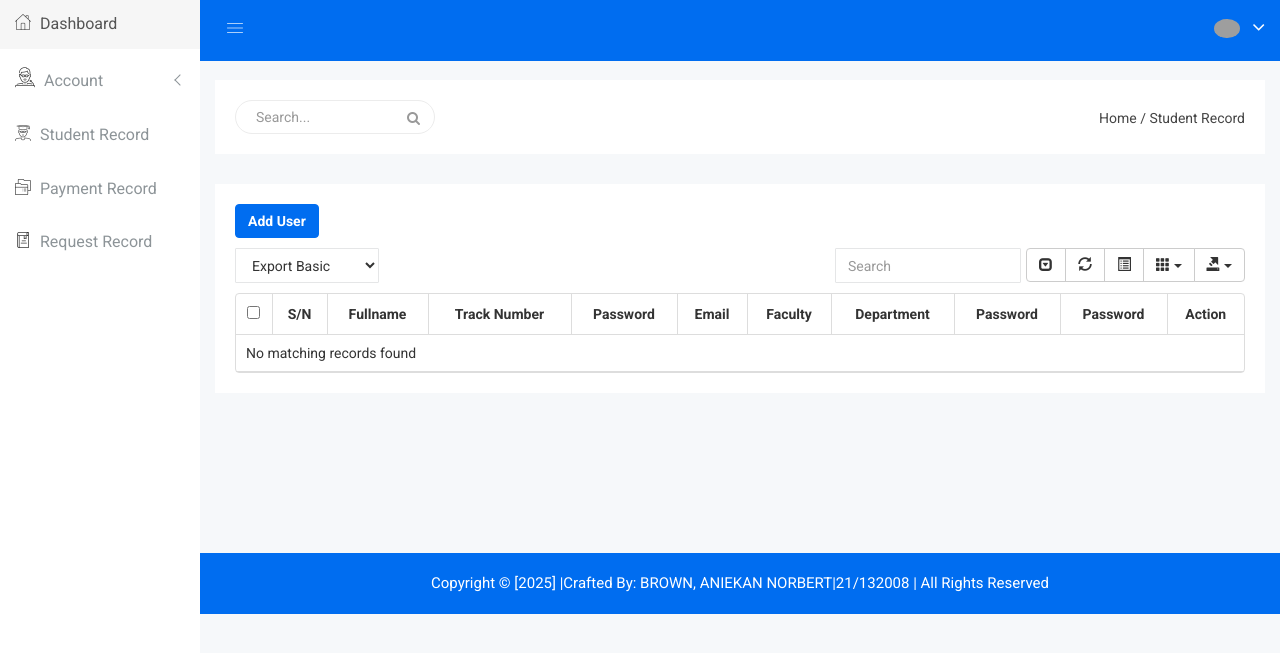
Repository: walterjnr1/crowdfunding-system
Page: http://localhost/crowdfunding/Admin/student_record.php
These files come from the project's save history. The page is drawn as it stood at one moment and after the next save; the edit follows.
The browser window is 1280 px wide. The pictures show the whole page.
Pictures or frames that could not be fetched are drawn as grey boxes. The page is run by PHP 8.4 with error messages shown; the project is at /var/www/html/. The session is filled in as if someone had signed in: {"login_email": "test@example.com", "logged": 1741212879}. Queries for data that is not in the repository find no rows.

Above is the page before, as saved 2025-03-05 23:04:15.
Console error (its wording comes from the project's code and is left out).

After the next save:
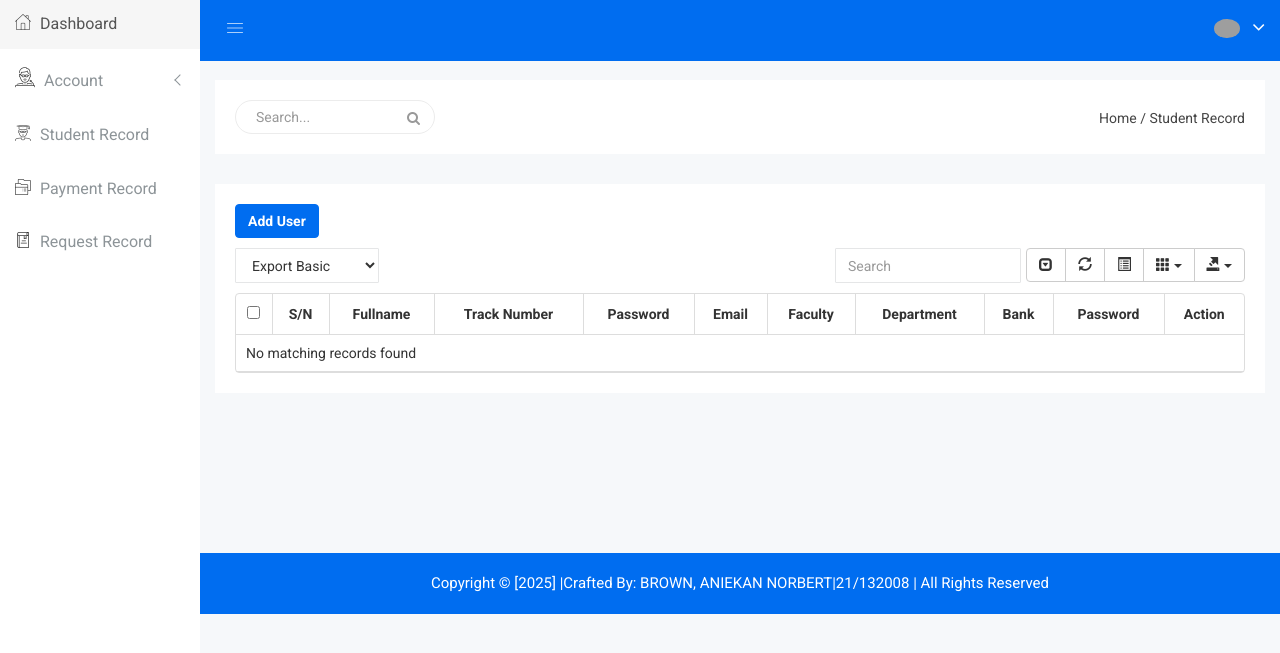
Saved 5 s later.
--- a/Admin/student_record.php
+++ b/Admin/student_record.php
@@ -168,7 +168,7 @@ else {return false;
                                                 <th data-field="email" data-editable="true"><div align="center">Email</div></th>
                                                 <th data-field="role" data-editable="true"><div align="center">Faculty</div></th>
                                                 <th data-field="status" data-editable="true"><div align="center">Department</div></th>
-                                                <th data-field="password" data-editable="true"><div align="center">Password</div></th>
+                                                <th data-field="password" data-editable="true"><div align="center">Bank</div></th>
                                                 <th data-field="password" data-editable="true"><div align="center">Password</div></th>
 
                                                 <th data-field="action"><div align="center">Action</div></th>
